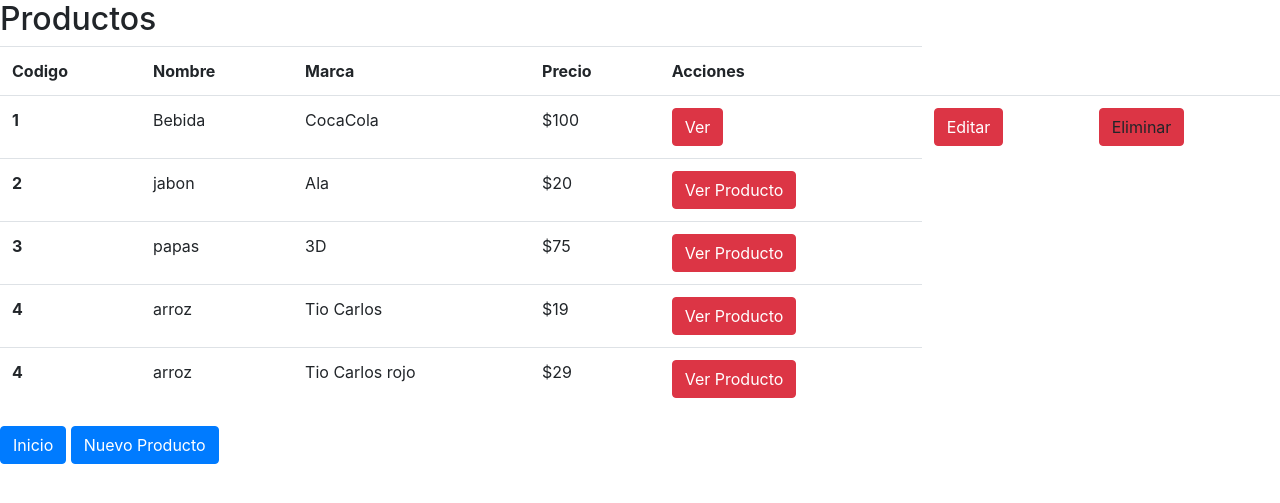
Repository: Alemartinez97/New-Repository
Page: programacion-3/tp4/productos/producto.html
These files come from the project's save history. The page is drawn as it stood at one moment and after the next save; the edit follows.
The browser window is 1280 px wide. The pictures show the whole page.

Above is the page before, as saved 2020-06-11 16:09:37.

### programacion-3/tp4/productos/producto.html
<!DOCTYPE html>
<html lang="en">
<head>
    <meta charset="UTF-8">
    <meta name="viewport" content="width=device-width, initial-scale=1.0">
    <title>Document</title>
    <link rel="stylesheet" href="https://stackpath.bootstrapcdn.com/bootstrap/4.5.0/css/bootstrap.min.css" integrity="sha384-9aIt2nRpC12Uk9gS9baDl411NQApFmC26EwAOH8WgZl5MYYxFfc+NcPb1dKGj7Sk" crossorigin="anonymous">
</head>
<body>
    <table class="table">
        <h2>Productos</h2>
        <tbody>
          <tr>
            <th>Codigo</th>
            <th>Nombre</th>
            <th>Marca</th>
            <th>Precio</th>
            <th>Acciones</th>
          </tr>
          <tr>
            <th>1</th>
            <td>Bebida</td>
            <td>CocaCola</td>
            <td>$100</td>
            <td><a href="ver/verProducto.html" class="btn btn-danger">Ver</a></td>
            <td><a href="ver/verProducto.html" class="btn btn-danger">Editar</a></td>
            <td><a  class="btn btn-danger">Eliminar</a></td>
          </tr>
          <tr>
            <th>2</th>
            <td>jabon</td>
            <td>Ala</td>
            <td>$20</td>
            <td><a href="ver/verProducto.html" class="btn btn-danger">Ver Producto</a></td>
          </tr>
          <tr>
            <th>3</th>
            <td>papas</td>
            <td>3D</td>
            <td>$75</td>
            <td><a href="ver/verProducto.html" class="btn btn-danger">Ver Producto</a></td>
          </tr>
          <tr>
            <th>4</th>
            <td>arroz</td>
            <td>Tio Carlos</td>
            <td>$19</td>
            <td><a href="ver/verProducto.html" class="btn btn-danger">Ver Producto</a></td>
          </tr>
          <tr>
            <th>4</th>
            <td>arroz</td>
            <td>Tio Carlos rojo</td>
            <td>$29</td>
            <td><a href="ver/verProducto.html" class="btn btn-danger">Ver Producto</a></td>
          </tr>
        </tbody>
      </table>
      <a href="../index.html" class="btn btn-primary">Inicio</a>
      <a href="formulario/formProducto.html" class="btn btn-primary">Nuevo Producto</a>
</body>
</html>

After the next save:
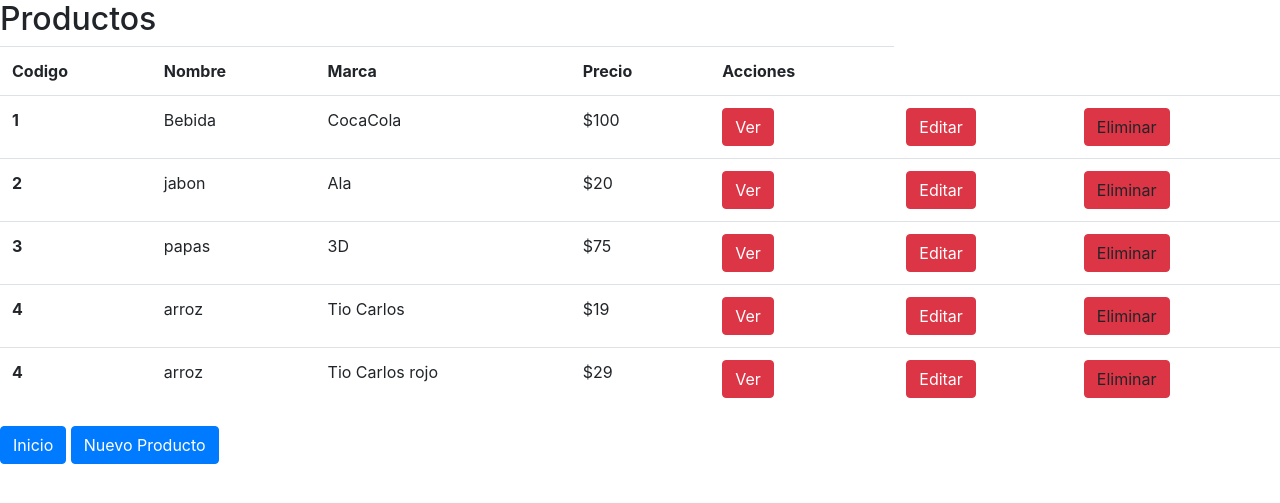
Saved 64 s later.
--- a/programacion-3/tp4/productos/producto.html
+++ b/programacion-3/tp4/productos/producto.html
@@ -31,28 +31,36 @@
             <td>jabon</td>
             <td>Ala</td>
             <td>$20</td>
-            <td><a href="ver/verProducto.html" class="btn btn-danger">Ver Producto</a></td>
+            <td><a href="ver/verProducto.html" class="btn btn-danger">Ver</a></td>
+            <td><a href="ver/verProducto.html" class="btn btn-danger">Editar</a></td>
+            <td><a  class="btn btn-danger">Eliminar</a></td>
           </tr>
           <tr>
             <th>3</th>
             <td>papas</td>
             <td>3D</td>
             <td>$75</td>
-            <td><a href="ver/verProducto.html" class="btn btn-danger">Ver Producto</a></td>
+            <td><a href="ver/verProducto.html" class="btn btn-danger">Ver</a></td>
+            <td><a href="ver/verProducto.html" class="btn btn-danger">Editar</a></td>
+            <td><a  class="btn btn-danger">Eliminar</a></td>
           </tr>
           <tr>
             <th>4</th>
             <td>arroz</td>
             <td>Tio Carlos</td>
             <td>$19</td>
-            <td><a href="ver/verProducto.html" class="btn btn-danger">Ver Producto</a></td>
+            <td><a href="ver/verProducto.html" class="btn btn-danger">Ver</a></td>
+            <td><a href="ver/verProducto.html" class="btn btn-danger">Editar</a></td>
+            <td><a  class="btn btn-danger">Eliminar</a></td>
           </tr>
           <tr>
             <th>4</th>
             <td>arroz</td>
             <td>Tio Carlos rojo</td>
             <td>$29</td>
-            <td><a href="ver/verProducto.html" class="btn btn-danger">Ver Producto</a></td>
+            <td><a href="ver/verProducto.html" class="btn btn-danger">Ver</a></td>
+            <td><a href="ver/verProducto.html" class="btn btn-danger">Editar</a></td>
+            <td><a  class="btn btn-danger">Eliminar</a></td>
           </tr>
         </tbody>
       </table>
